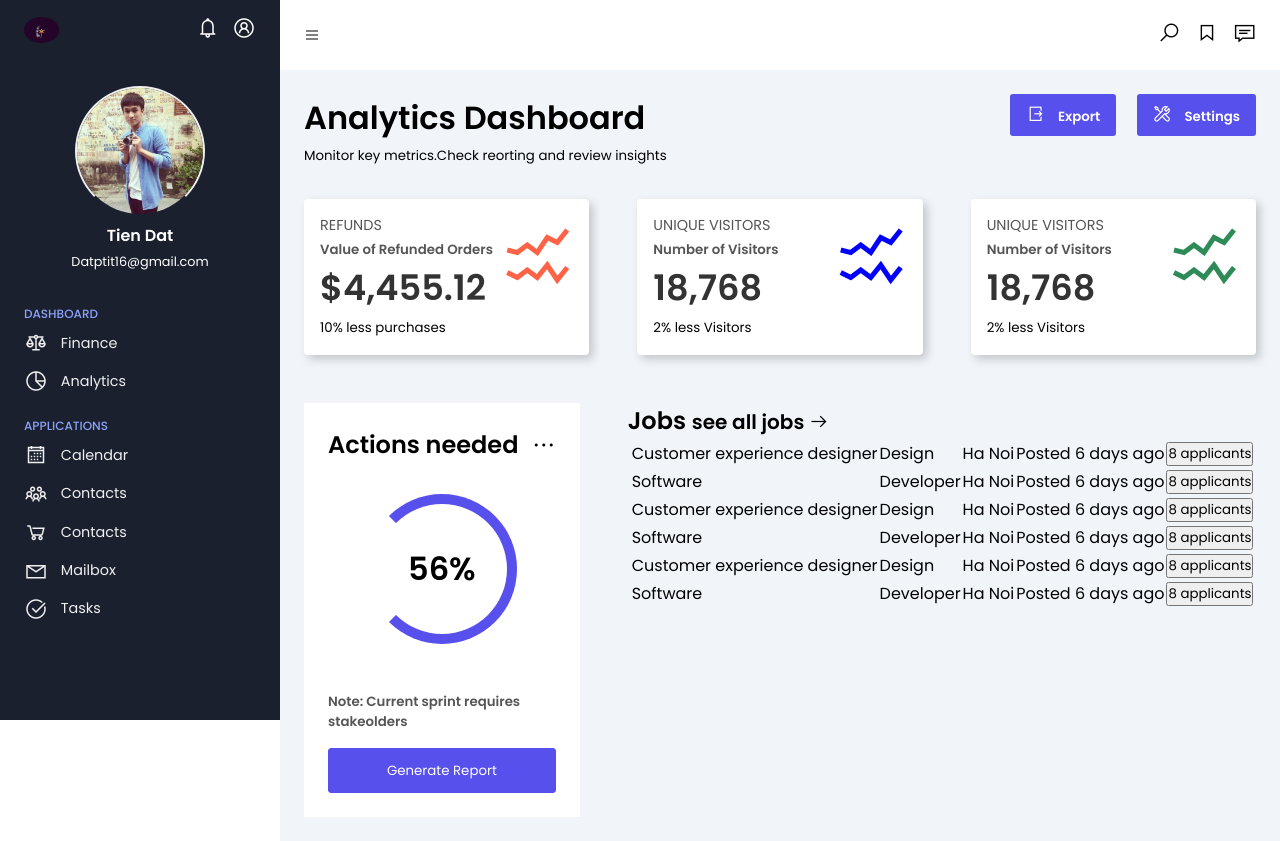
Repository: Datt21/dashboard-fe-project
Page: index.html
These files come from the project's save history. The page is drawn as it stood at one moment and after the next save; the edit follows.
The browser window is 1280 px wide. The pictures show the whole page.

Above is the page before, as saved 2021-06-08 19:47:59.

After the next save:
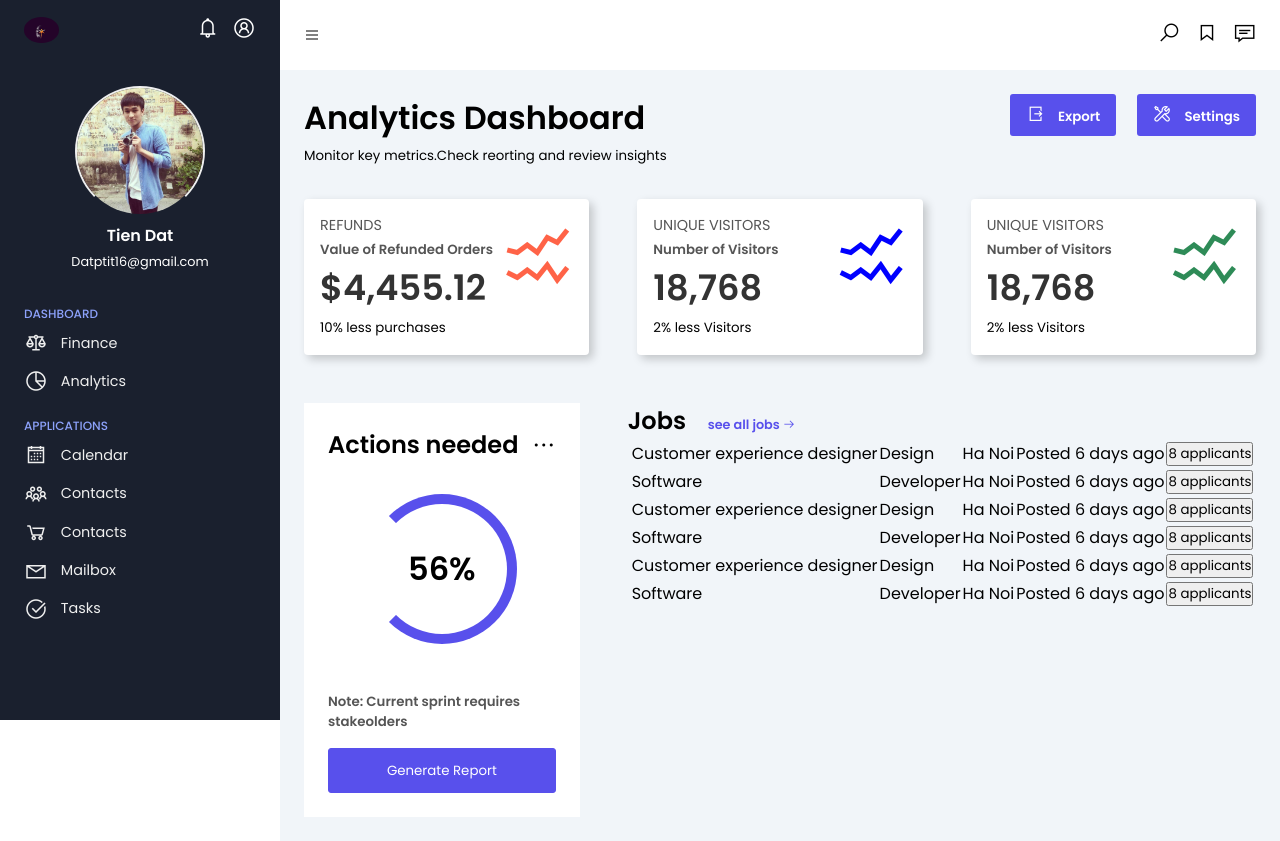
Saved 38 s later.
--- a/assets/css/style.css
+++ b/assets/css/style.css
@@ -267,7 +267,7 @@ main {
      border-radius: 3px;
 }
 
-.job h2 small{
+.jobs h2 small{
      color: #5850ec;
      font-weight: 600;
      display: inline-block;
